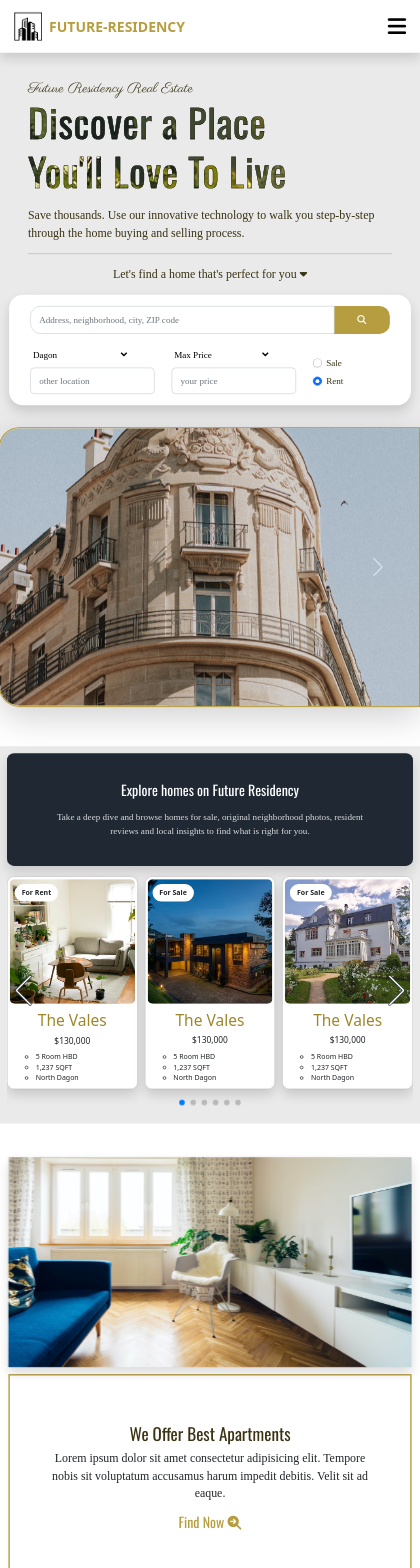
Repository: pyaestk/Future-residency
Page: index.html
An editor plug-in stored every save of this project. The page is shown before and after the next save, followed by the edit.
The browser window is 600 px wide. The pictures show the part of the page from y = 0 to 2240 px (the page is 4249 px tall), at 70% of full size.
Some web fonts or font styles are not loaded; a fallback is used.

Above is the page before, as saved 2022-12-13 21:30:47.

After the next save:
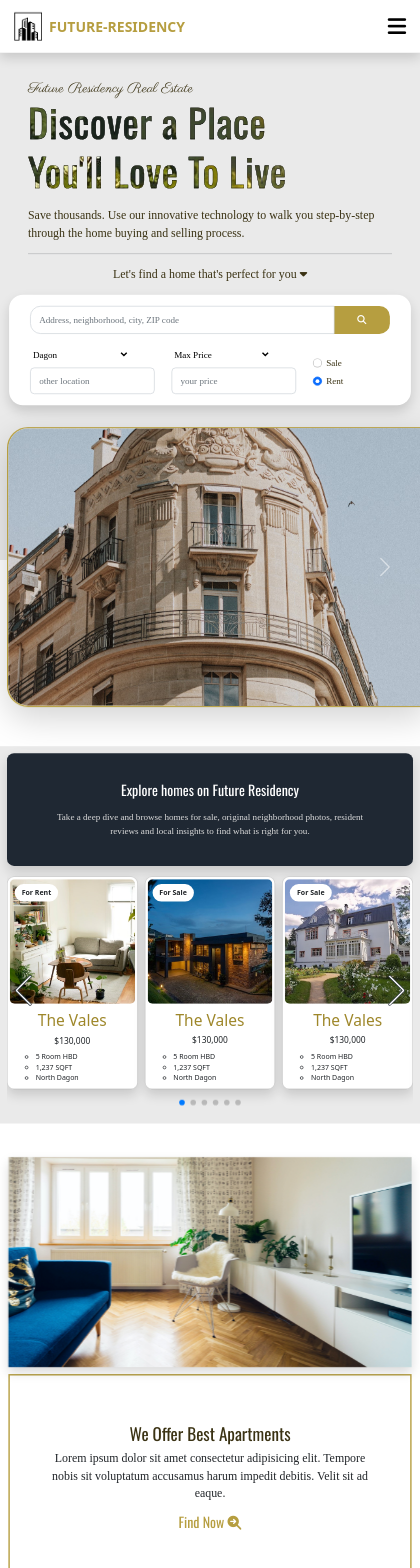
Saved 11 s later.
--- a/styleMobileview.css
+++ b/styleMobileview.css
@@ -73,7 +73,7 @@
     margin: 10px 13px;
   }
   .customCarousel{
-    padding-left: 10px;
+    margin-left: 10px;
   }
   .carousel-control-next{
     padding-right: 30px;
